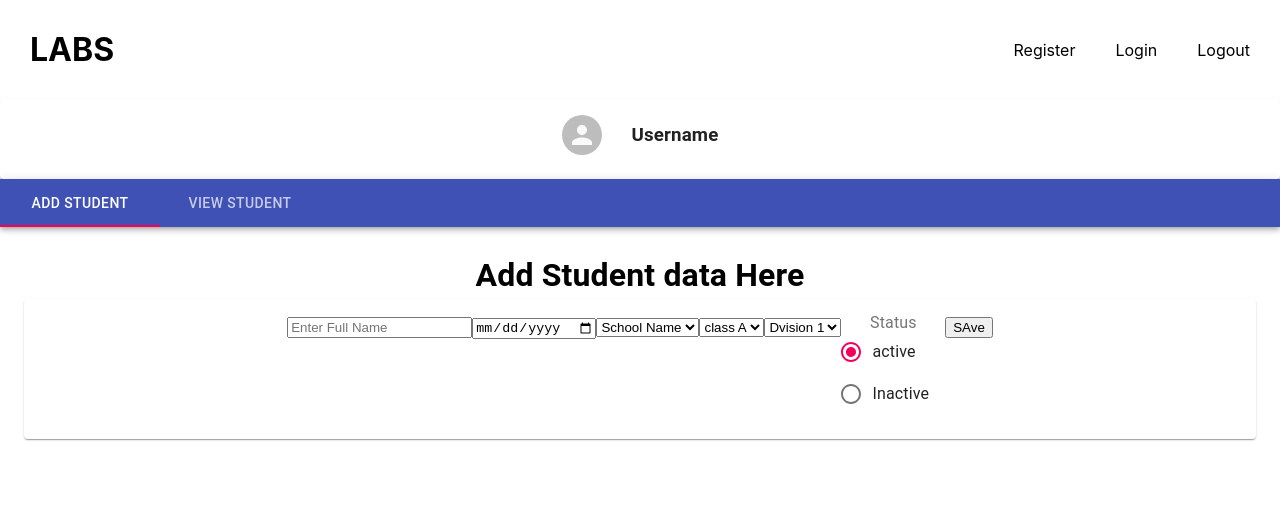
Repository: Prafullkuma/labsdata
Page: /admin
The author's editor kept a copy of each file at every save. The page is drawn from the files as they stood at one save, then again after the next save.
The browser window is 1280 px wide. The pictures show the whole page.
The project was rebuilt for these pictures with package versions that can differ from the ones it lists, and the page was loaded fresh each time. Also part of the build but not shown: src/Component/Student/ViewStudent.js, src/Component/Main.js, src/Auth/Login.js, src/Auth/Signup.js, src/Auth/Logout.js.

Above is the page before, as saved 2020-08-25 17:56:40.

### src/App.js
import React from 'react';
import './App.css';
import Nav from './Component/Nav'
import Admin from './Component/Admin'
import Main from './Component/Main'
import Login from './Auth/Login'
import Signup from './Auth/Signup'
import Logout from './Auth/Logout'
import { BrowserRouter as Router, Route } from 'react-router-dom'
function App() {
  return (
    <div className="App">
      <Router>
        <Nav />
        <Route path="/logout" component={Logout} />
        <Route path="/signup" component={Signup} />
        <Route path="/login" component={Login} />
        <Route path="/admin" component={Admin} />
        <Route exact path="/" component={Main} />
      </Router>
    </div>
  );
}

export default App;

### src/Component/Nav.js
import React from 'react'
import './Nav.css'
import { Link } from 'react-router-dom'
function Nav() {
    return (
        <div className="Navbar">
            <h1> <Link to="/"> LABS</Link></h1>
            <ul>
                <li><Link to="/signup"> Register</Link></li>
                <li><Link to="/login">Login</Link></li>
                <li><Link to="/logout">Logout</Link>
                </li>
            </ul>
        </div>
    )
}

export default Nav

### src/Component/Admin.js
import React from 'react'
import { Avatar, Card, CardContent, Typography } from '@material-ui/core'
import './Admin.css'
import Details from './Details/Details'
function Admin() {
    return (
        <div>
            <Card className="all_data">
                <CardContent>
                    <Typography className="userdata">
                        <Avatar />
                        <h3>Username</h3>
                    </Typography>
                </CardContent>
            </Card>
            <Details />
        </div>
    )
}

export default Admin

### src/Component/Nav.css
.Navbar{
    padding: 30px;
    display: flex;
    justify-content: space-between;
    align-items: center;

}
a{
    text-decoration: none;
    color:black;
    }
ul,li{
    list-style: none;
    float: left;
    margin-left: 40px;
}

### src/Component/Admin.css
.userdata{
    display: flex;
    justify-content: right;
    align-items: center;
}
h3{
    margin-left: 30px;
}

### src/Component/Details/Details.js
import React from 'react'
import './details.css'
import { AppBar, Tabs, Tab, Typography } from '@material-ui/core'
import { makeStyles } from '@material-ui/core/styles';
import PropTypes from 'prop-types';
import Box from '@material-ui/core/Box';
import Addstudent from '../Student/Addstudent';
import ViewStudent from '../Student/ViewStudent';

const useStyles = makeStyles((theme) => ({
    root: {
        flexGrow: 1,
        backgroundColor: theme.palette.background.paper,
    },
}));

function a11yProps(index) {
    return {
        id: `simple-tab-${index}`,
        'aria-controls': `simple-tabpanel-${index}`,
    };
}
TabPanel.propTypes = {
    children: PropTypes.node,
    index: PropTypes.any.isRequired,
    value: PropTypes.any.isRequired,
};
function TabPanel(props) {
    const { children, value, index, ...other } = props;

    return (
        <div
            role="tabpanel"
            hidden={value !== index}
            id={`simple-tabpanel-${index}`}
            aria-labelledby={`simple-tab-${index}`}
            {...other} >
            {value === index && (
                <Box p={3}>
                    <Typography>{children}</Typography>
                </Box>
            )}
        </div>
    );
}

function Details() {
    const classes = useStyles();
    const [value, setValue] = React.useState(0);

    const handleChange = (event, newValue) => {
        setValue(newValue);
    };
    return (
        <div className="items">
            <div className="items_data">
                <AppBar position="static">
                    <Tabs value={value} onChange={handleChange} aria-label="simple tabs example">
                        <Tab label="Add Student" {...a11yProps(0)} />
                        <Tab label="View Student" {...a11yProps(1)} />
                    </Tabs>
                </AppBar>
            </div>
            <TabPanel value={value} index={0}>
                <h1>  Add Student data Here</h1>
                <Addstudent />
            </TabPanel>
            <TabPanel value={value} index={1}>
                <h1>  View Student Data</h1>
                <ViewStudent />
            </TabPanel>
        </div>
    )
}


export default Details

### src/Component/Details/details.css
.items{
    text-align: center;

}
.items_data{
    text-align: center;
}

### src/Component/Student/Addstudent.js
import React, { useState } from 'react'
import './addstudent.css'
import { Card, CardContent, Typography } from '@material-ui/core'
import Radio from '@material-ui/core/Radio';
import RadioGroup from '@material-ui/core/RadioGroup';
import FormControlLabel from '@material-ui/core/FormControlLabel';
import FormControl from '@material-ui/core/FormControl';
import FormLabel from '@material-ui/core/FormLabel';


function Addstudent() {
    const [value, setValue] = React.useState('active');

    const handleChange = (event) => {
        setValue(event.target.value);
    };
    const saveDataHanlder = (e) => {
        e.preventDefault()

    }
    return (
        <div>
            <Card className="all_data">
                <CardContent>
                    <Typography className="userdata">
                        <form onSubmit={saveDataHanlder}>
                            <input type="text"
                                placeholder="Enter Full Name" />
                            <input type="date" className="'date enchiladac" />
                            <select value="" onChange="">
                                <option value="school1">School Name</option>
                                <option value="school1">School Name</option>
                                <option value="school1">School Name</option>
                            </select>
                            <select value="" onChange="">
                                <option value="class A">class A</option>
                                <option value="class A">class b</option>
                                <option value="class A">class c</option>
                            </select>
                            <select value="" onChange="">
                                <option value="Dvision 1">Dvision 1</option>
                                <option value="Dvision 1">Dvision 1</option>
                                <option value="Dvision 1">Dvision 1</option>
                            </select>

                            <FormControl component="fieldset">
                                <FormLabel component="legend">Status</FormLabel>
                                <RadioGroup aria-label="gender" name="gender1" value={value} onChange={handleChange}>
                                    <FormControlLabel value="active" control={<Radio />} label="active" />
                                    <FormControlLabel value="inactive" control={<Radio />} label="Inactive" />
                                </RadioGroup>
                            </FormControl>
                            <button type="submit"> SAve</button>
                        </form>
                    </Typography>
                </CardContent>
            </Card>

        </div >
    )
}

export default Addstudent

### src/Component/Student/addstudent.css
.userdata{
    display: flex;
    justify-content:center;
    align-items: center;
}
h3{
    margin-left: 30px;
}

Loaded but not shown: public/index.html (common file); src/index.js (common file); src/index.css (common file); src/serviceWorker.js (common file); src/App.css (common file); src/Component/Main.css (no stored copy; drawn as an empty file); src/Component/Student/viewstudent.css (no stored copy; drawn as an empty file)

After the next save:
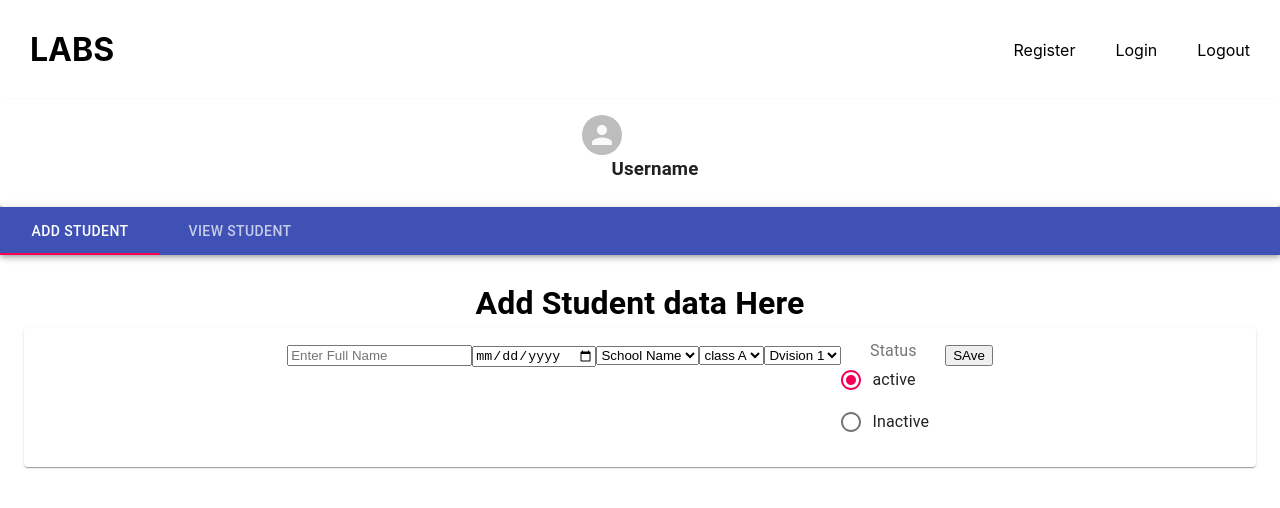
Saved 4 min 0 s later.
--- a/src/Component/Admin.js
+++ b/src/Component/Admin.js
@@ -8,8 +8,11 @@
             <Card className="all_data">
                 <CardContent>
                     <Typography className="userdata">
-                        <Avatar />
-                        <h3>Username</h3>
+                        <div>
+                            <Avatar />
+                            <h3>Username</h3>
+
+                        </div>
                     </Typography>
                 </CardContent>
             </Card>

After the 3 saves that followed:
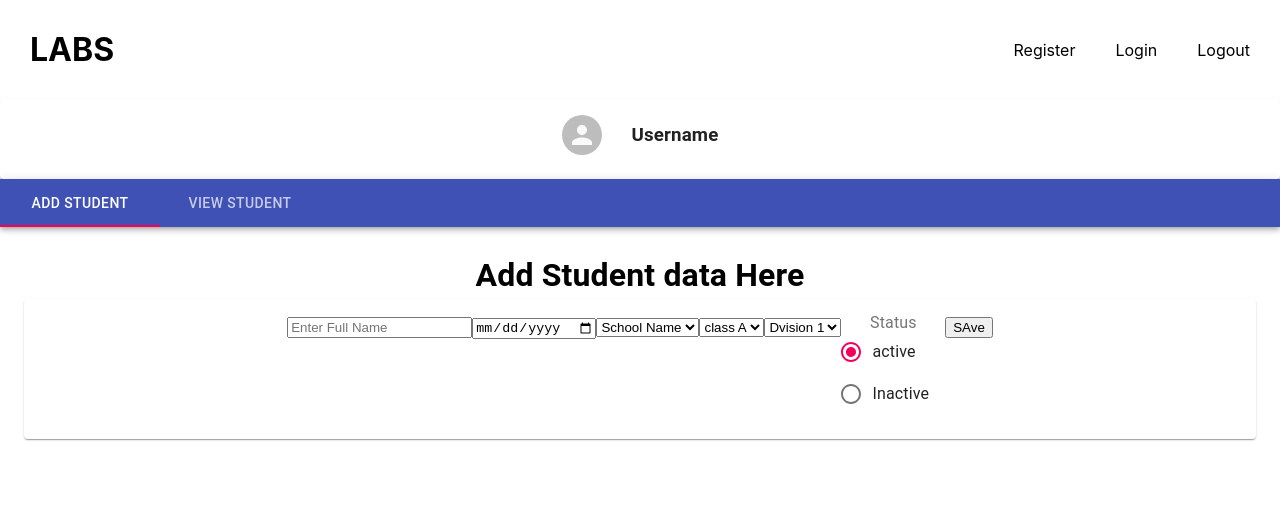
The 3 saves are shown as one change because 1 did not build or start and 1 left the picture as it was.
The last was saved 93 s later.
--- a/src/Component/Admin.js
+++ b/src/Component/Admin.js
@@ -8,11 +8,9 @@
             <Card className="all_data">
                 <CardContent>
                     <Typography className="userdata">
-                        <div>
-                            <Avatar />
-                            <h3>Username</h3>
 
-                        </div>
+                        <Avatar />
+                        <h3>Username</h3>
                     </Typography>
                 </CardContent>
             </Card>
